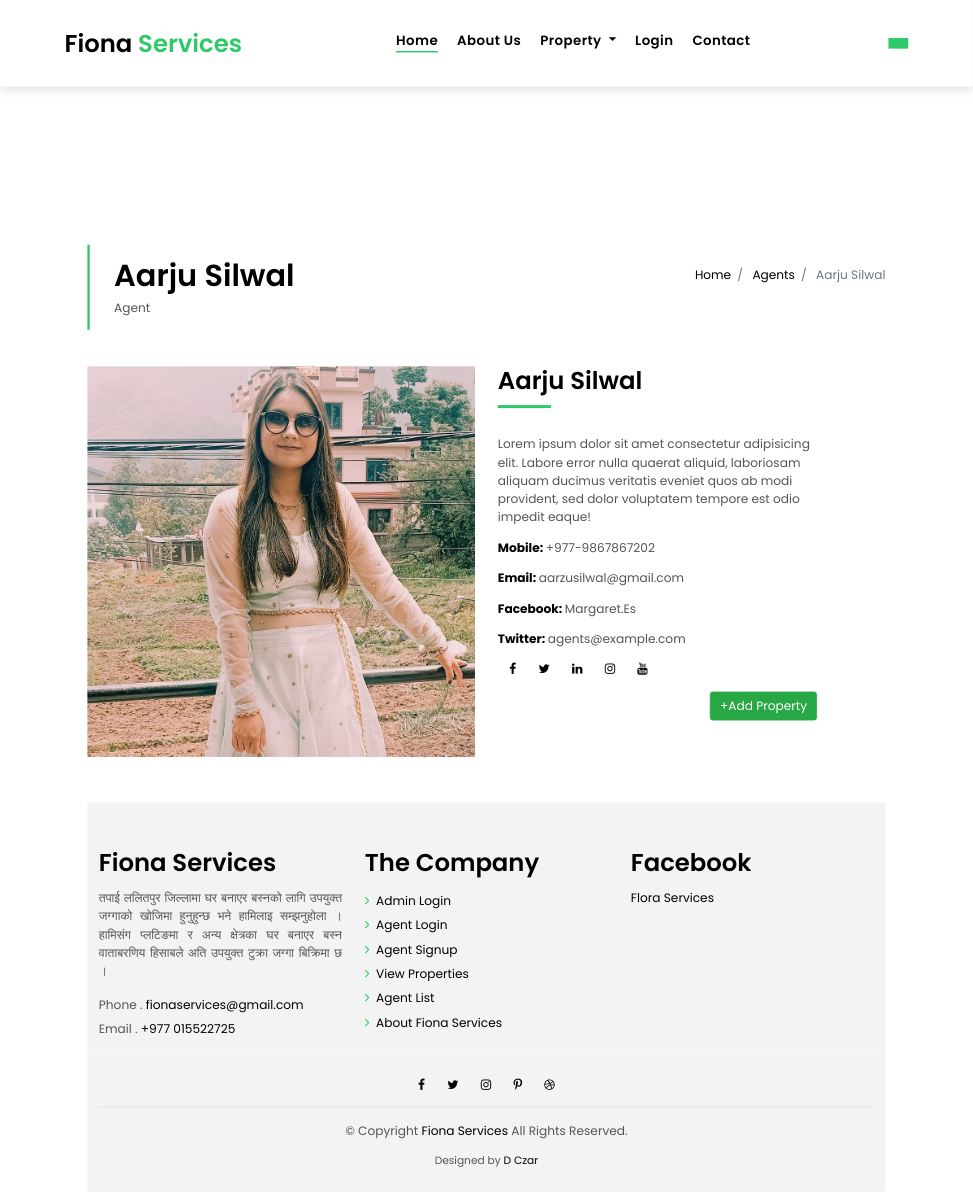
Repository: Sjuicyy/realstate
Page: profile.html
The author's editor kept a copy of each file at every save. The page is drawn from the files as they stood at one save, then again after a run of saves.
The browser window is 1280 px wide. The pictures show the whole page, at 76% of full size.

Above is the page before, as saved 2022-10-15 09:53:12.

After the next 2 saves:
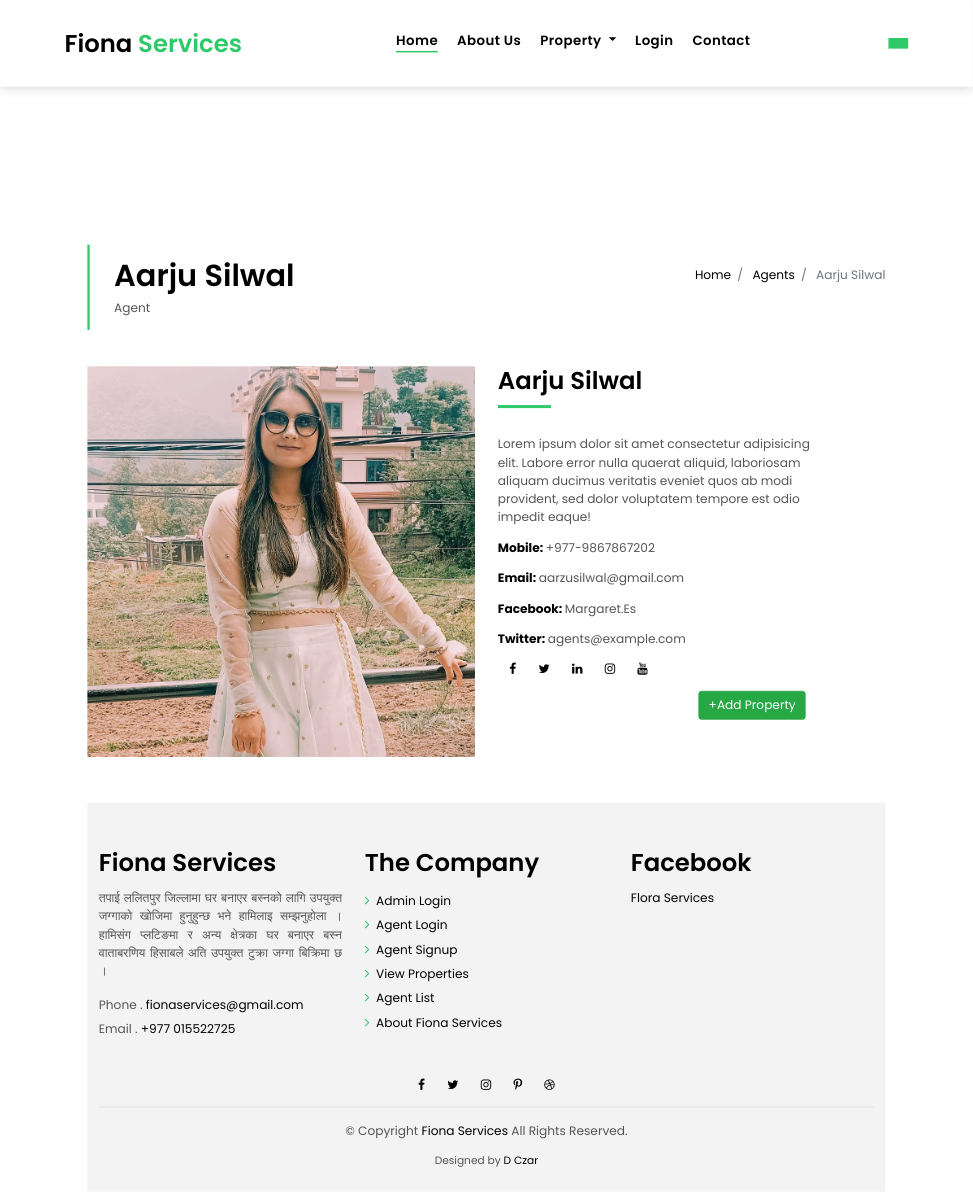
The 2 saves are shown as one change because they came seconds apart.
The last was saved 7 s later.
--- a/profile.html
+++ b/profile.html
@@ -195,11 +195,10 @@
                                             </div>
                                         </div>
                                         <div class="col-md-12">
-
-                                        </div>
-                                        <a href="./Add-Property.html">
-                                            <div class="btn float-right btn-success mb-3">+Add Property</div>
-                                        </a>
+                                            <a href="./Add-Property.html">
+                                                <div class="btn float-right btn-success mb-3">+Add Property</div>
+                                            </a>
+                                        </div>
                                     </div>
                                 </div>
                             </div>
